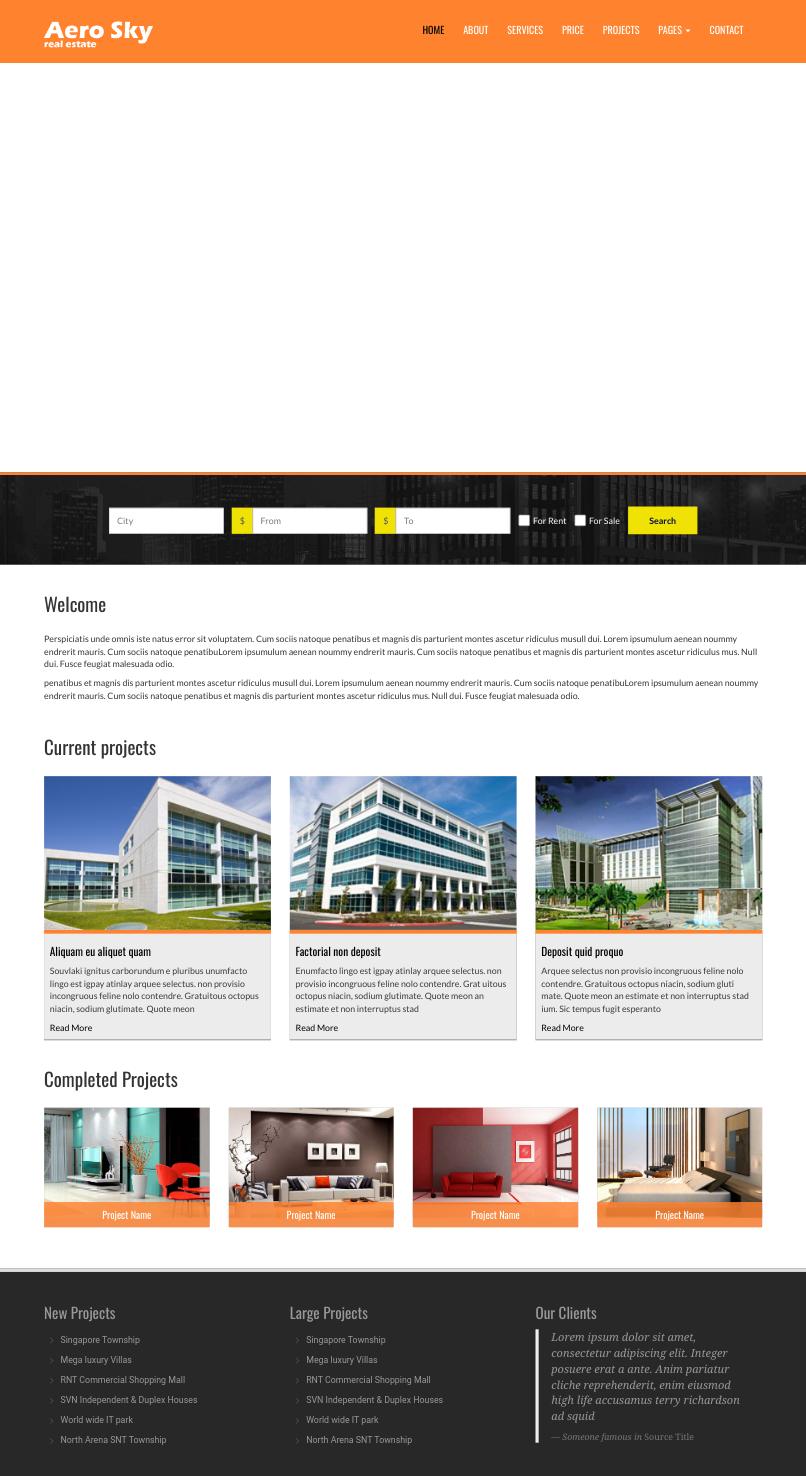
Repository: james19999/gestion
Page: http://localhost/
An editor plug-in stored every save of this project. The page is shown before and after the next save, followed by the edit.
The browser window is 1280 px wide. The pictures show the whole page, at 63% of full size.
The page is served by the project's Laravel application, run on PHP 8.4 with Laravel 8.

Above is the page before, as saved 2021-11-02 16:00:21.

After the next save:
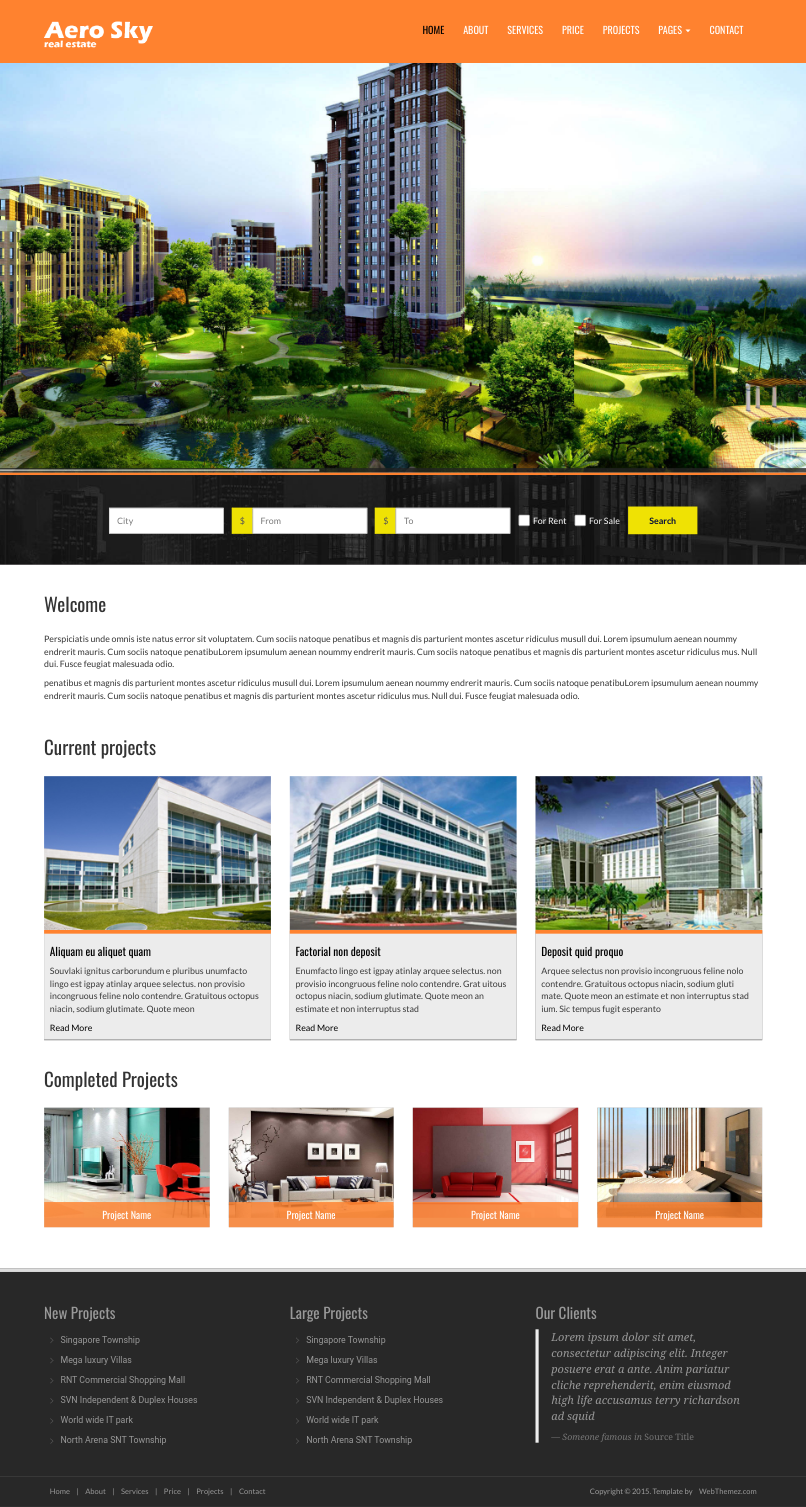
Saved 76 s later.
--- a/resources/views/welcome.blade.php
+++ b/resources/views/welcome.blade.php
@@ -257,7 +257,64 @@
       </section>
 
 
-
+    <footer id="footer">
+
+		<div class="footer2">
+			<div class="container">
+				<div class="row">
+
+					<div class="col-md-6 panel">
+						<div class="panel-body">
+							<p class="simplenav">
+								<a href="index.html">Home</a> |
+								<a href="about.html">About</a> |
+								<a href="services.html">Services</a> |
+								<a href="price.html">Price</a> |
+								<a href="projects.html">Projects</a> |
+								<a href="contact.html">Contact</a>
+							</p>
+						</div>
+					</div>
+
+					<div class="col-md-6 panel">
+						<div class="panel-body">
+							<p class="text-right">
+								Copyright &copy; 2015. Template by <a href="http://webthemez.com/" rel="develop">WebThemez.com</a>
+							</p>
+						</div>
+					</div>
+
+				</div>
+				<!-- /row of panels -->
+			</div>
+		</div>
+	</footer>
+
+	<!-- JavaScript libs are placed at the end of the document so the pages load faster -->
+	<script src="assets/js/modernizr-latest.js"></script>
+	<script type='text/javascript' src='{{ asset('assets/js/jquery.min.js') }}'></script>
+    <script type='text/javascript' src='{{ asset('assets/js/fancybox/jquery.fancybox.pack.js') }}'></script>
+
+    <script type='text/javascript' src='assets/js/jquery.mobile.customized.min.js'></script>
+    <script type='text/javascript' src='assets/js/jquery.easing.1.3.js'></script>
+    <script type='text/javascript' src='assets/js/camera.min.js'></script>
+    <script src="assets/js/bootstrap.min.js"></script>
+	<script src="assets/js/custom.js"></script>
+    <script>
+		jQuery(function(){
+
+			jQuery('#camera_wrap_4').camera({
+				height: '750',
+				loader: 'bar',
+				pagination: false,
+				thumbnails: false,
+				hover: false,
+				opacityOnGrid: false,
+				imagePath: 'assets/images/'
+			});
+
+		});
+	</script>
 
 </body>
 </html>
